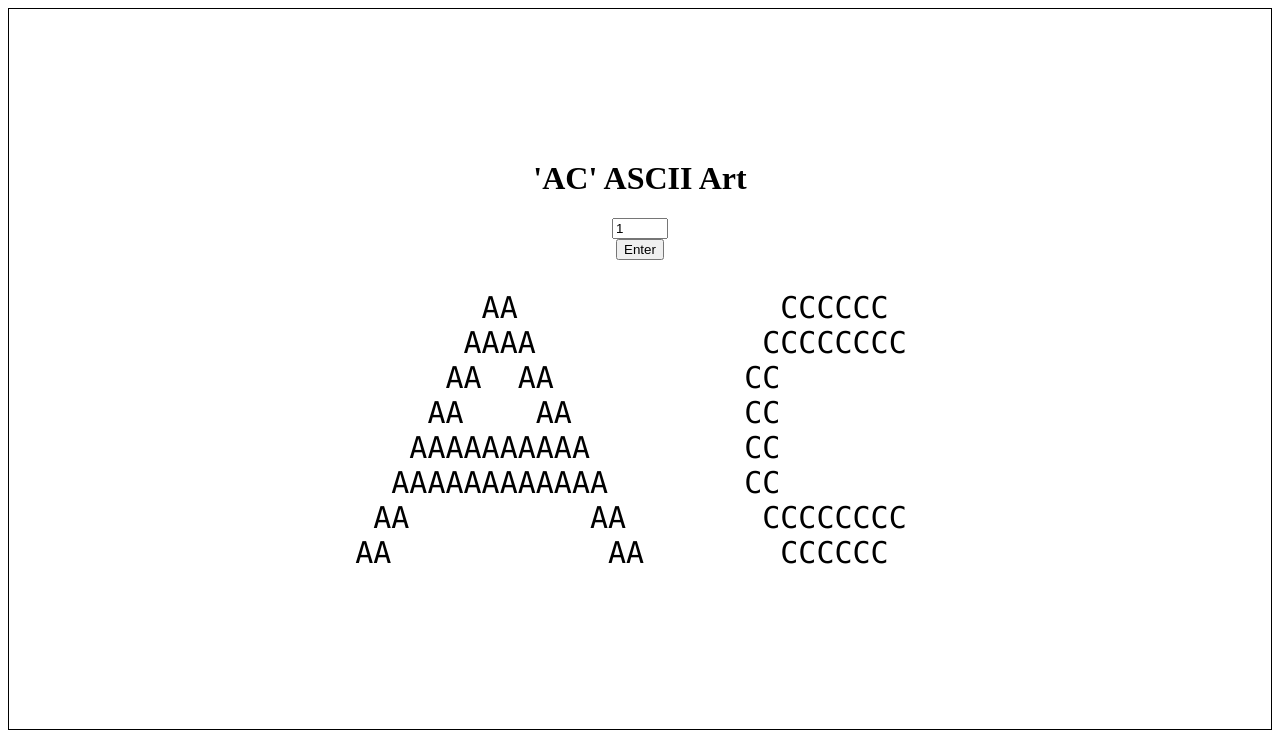
Repository: Achorn/ascii-art
Page: index.html
An editor plug-in stored every save of this project. The page is shown before and after the next save, followed by the edit.
The browser window is 1280 px wide. The pictures show the whole page.

Above is the page before, as saved 2021-08-09 21:00:15.

### index.html
<!DOCTYPE html>
<html lang="en">
  <head>
    <link rel="stylesheet" href="styles.css" />
    <meta charset="UTF-8" />
    <meta http-equiv="X-UA-Compatible" content="IE=edge" />
    <meta name="viewport" content="width=device-width, initial-scale=1.0" />
    <title>Document</title>
  </head>
  <body>
    <h1>'AC' ASCII Art</h1>
    <input id="scale-input" type="number" min="1" value="1" max="10" />
    <button onclick="handlePress()">Enter</button>
    <div id="ascii-container">
      <div id="a-container">
        <p id="mono-a" style="font-family: 'Lucida Console', monospace"></p>
      </div>
      <div id="c-container">
        <p id="mono-c" style="font-family: 'Lucida Console', monospace"></p>
      </div>
    </div>
    <script type="text/javascript" src="myscripts.js"></script>
  </body>
</html>

### styles.css
body {
  border: 1px solid black;
  display: flex;
  flex-direction: column;
  justify-content: center;
  align-items: center;
  height: 100vh;
}

form {
  border: 2px solid grey;
  height: 500px;
  /* width: 400px; */
  text-align: center;
}

#ascii-container {
  display: flex;
}

#a-container {
  /* background-color: pink; */
}
#c-container {
  /* background-color: pink; */
}
#mono-a {
  /* font-size: 25.5vw; */
  padding: 0px 50px 0px 50px;
  white-space: pre;
}
#mono-c {
  padding: 0px 50px 0px 50px;
  white-space: pre;
}

### myscripts.js
let oneA = ["A"];
let oneC = ["C"];
let twoA = [
  [" ", "A", " "],
  ["A", " ", "A"],
];
let twoC = [["C"], ["C"]];

let threeA = [
  [" ", " ", "A", " ", " "],
  [" ", "A", "A", "A", " "],
  ["A", " ", " ", " ", "A"],
];
let threeC = [
  [" ", "C", "C", "C"],
  ["C", " ", " ", " "],
  [" ", "C", "C", "C"],
];

let fourA = [
  [" ", " ", " ", "A"],
  [" ", " ", "A", " "],
  [" ", "A", "A", "A"],
  ["A", " ", " ", " "],
];
let fourC = [
  [" ", "C", "C", "C", " "],
  ["C", " ", " ", " ", " "],
];

let eight = [
  [" ", " ", " ", " ", " ", " ", " ", "A"],
  [" ", " ", " ", " ", " ", " ", "A", "A"],
  [" ", " ", " ", " ", " ", "A", "A", " "],
  [" ", " ", " ", " ", "A", "A", "A", "A"],
  [" ", " ", " ", "A", "A", "A", "A", "A"],
  [" ", " ", "A", "A", " ", " ", " ", " "],
  [" ", "A", "A", " ", " ", " ", " ", " "],
  ["A", "A", " ", " ", " ", " ", " ", " "],
];

function scaleSpread(array, factor) {
  const scaled = [];

  for (const row of array) {
    let x = [];

    for (const item of row) x.push(...Array(factor).fill(item));

    scaled.push(...Array(factor).fill(x));
  }

  return scaled;
}

function arrToString(arr) {
  let string = "";
  for (let i = 0; i < arr.length; i++) {
    string += arr[i].join("") + "<br>";
  }
  return string;
}

function halfAToString(arr) {
  let string = "";
  for (let i = 0; i < arr.length; i++) {
    string += arr[i].join("");
    let rev = arr[i].slice();
    string += rev.reverse().join("");
    string += "<br>";
  }
  return string;
}

function halfCToString(arr) {
  let string = "";
  for (let i = 0; i < arr.length; i++) {
    string += arr[i].join("");
    string += "<br>";
  }
  for (let i = arr.length - 1; i >= 0; i--) {
    string += arr[i].join("");
    string += "<br>";
  }
  return string;
}
function trimA(arr, lWidth) {
  for (i = 0; i < arr.length; i++) {
    let disp = lWidth - (i % lWidth) - 1;
    let newArr = arr[i].slice();
    for (let j = 0; j < disp; j++) {
      newArr.pop();
      newArr.unshift(" ");
    }
    arr[i] = newArr;
  }
}

function trimC(arr, lWidth) {
  console.log("trimming C: ", arr, lWidth);
  for (i = 0; i < lWidth; i++) {
    //add 2*i to center
    let newArr = arr[i].slice();
    console.log(i);
    for (let j = 0; j < i * 2; j++) {
      newArr.splice(newArr.length / 2, 0, "C");
    }

    //remove i from sides
    for (let j = 0; j < i; j++) {
      newArr.pop();
      newArr.shift();
    }
    arr[i] = newArr;
  }
}
//GET ELEMENTS
let monoA = document.getElementById("mono-a");
let monoC = document.getElementById("mono-c");
let scaleInput = document.getElementById("scale-input");
//SCALE AND RESIZE
//A
let scale = 2;

let scaledFour = scaleSpread(fourA, scale);
trimA(scaledFour, scale);

//C
let scaledC = scaleSpread(fourC, scale);
trimC(scaledC, scale);
//ADD TO HTML
// mono.innerHTML = halfAToString(scaleSpread(four, 7));
monoA.style.fontSize = `${60 / scale}px`;
monoC.style.fontSize = `${60 / scale}px`;

// monoC.style.fontSize = `${4 / scale}em`;
monoA.innerHTML = halfAToString(scaledFour);
monoC.innerHTML = halfCToString(scaledC);
// mono.innerHTML += arrToString(scaleSpread(eight, 1));

function scaleLetters(scale) {
  let scaledA = scaleSpread(fourA, scale);
  trimA(scaledA, scale);
  monoA.innerHTML = halfAToString(scaledFour);

  let scaledC = scaleSpread(fourC, scale);
  trimC(scaledC, scale);
  monoC.innerHTML = halfCToString(scaledC);
}

function handlePress() {
  scale = scaleInput.value;
  console.log(scale);
}

After the next save:
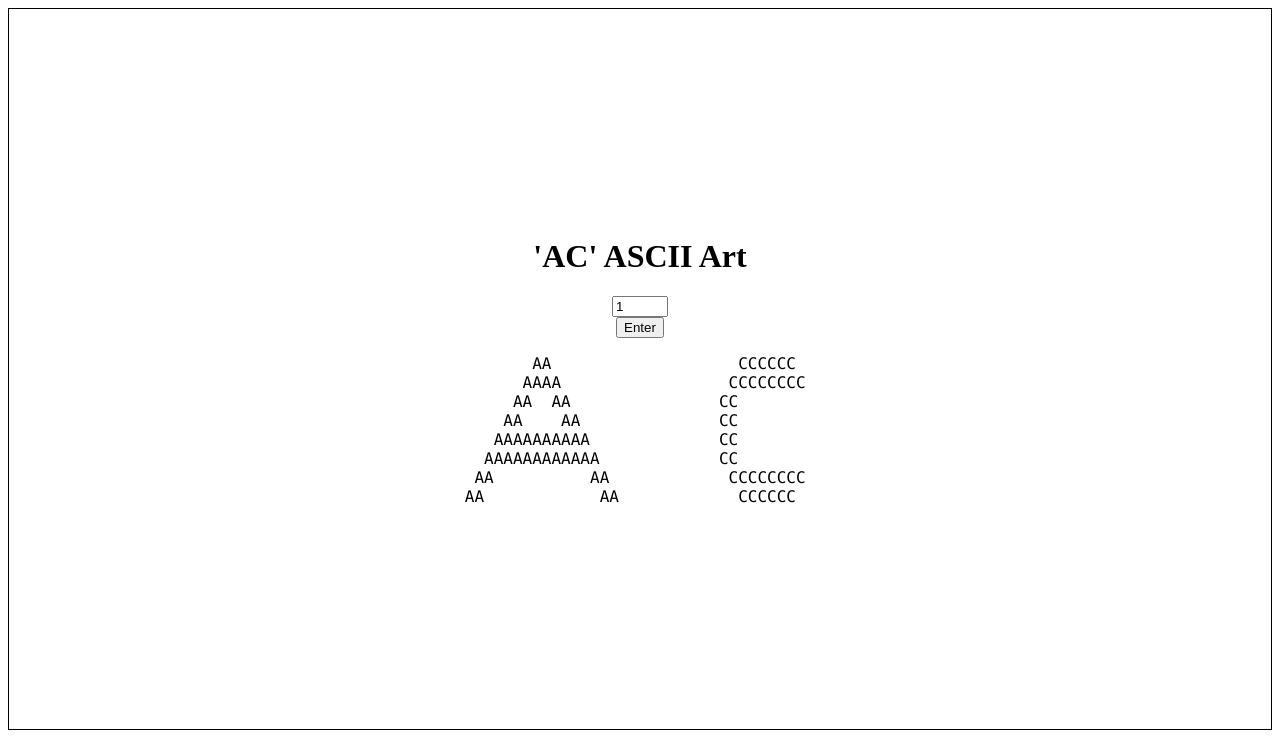
Saved 33 s later.
--- a/myscripts.js
+++ b/myscripts.js
@@ -129,16 +129,13 @@ trimA(scaledFour, scale);
 let scaledC = scaleSpread(fourC, scale);
 trimC(scaledC, scale);
 //ADD TO HTML
-// mono.innerHTML = halfAToString(scaleSpread(four, 7));
-monoA.style.fontSize = `${60 / scale}px`;
-monoC.style.fontSize = `${60 / scale}px`;
 
-// monoC.style.fontSize = `${4 / scale}em`;
 monoA.innerHTML = halfAToString(scaledFour);
 monoC.innerHTML = halfCToString(scaledC);
-// mono.innerHTML += arrToString(scaleSpread(eight, 1));
 
 function scaleLetters(scale) {
+  monoA.style.fontSize = `${60 / scale}px`;
+  monoC.style.fontSize = `${60 / scale}px`;
   let scaledA = scaleSpread(fourA, scale);
   trimA(scaledA, scale);
   monoA.innerHTML = halfAToString(scaledFour);
